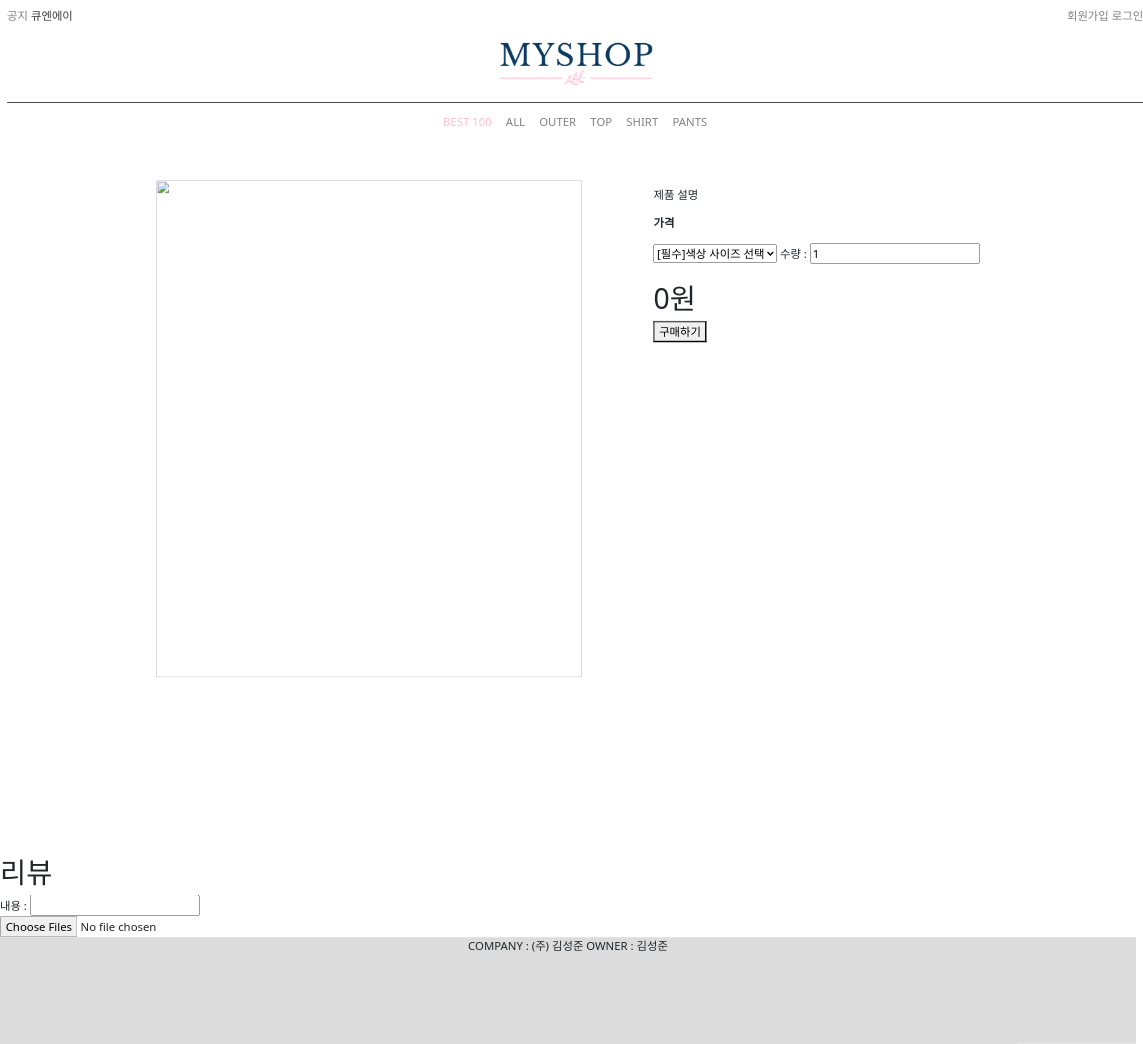
Repository: kkj53051000/MyShop
Page: http://localhost/myshop/WEB-INF/views/product-page.jsp
These files come from the project's save history. The page is drawn as it stood at one moment and after the next save; the edit follows.
The browser window is 1280 px wide. The page is 1610 px wide, so the pictures cover 1610 px, including what lies to the right of the window. The pictures show the whole page, at 71% of full size.
The page is served by Tomcat 9. Nobody is signed in. The template is opened directly, without the code that normally fills it, so the values that code supplies are empty.

Above is the page before, as saved 2021-02-27 06:42:18.

After the next save:
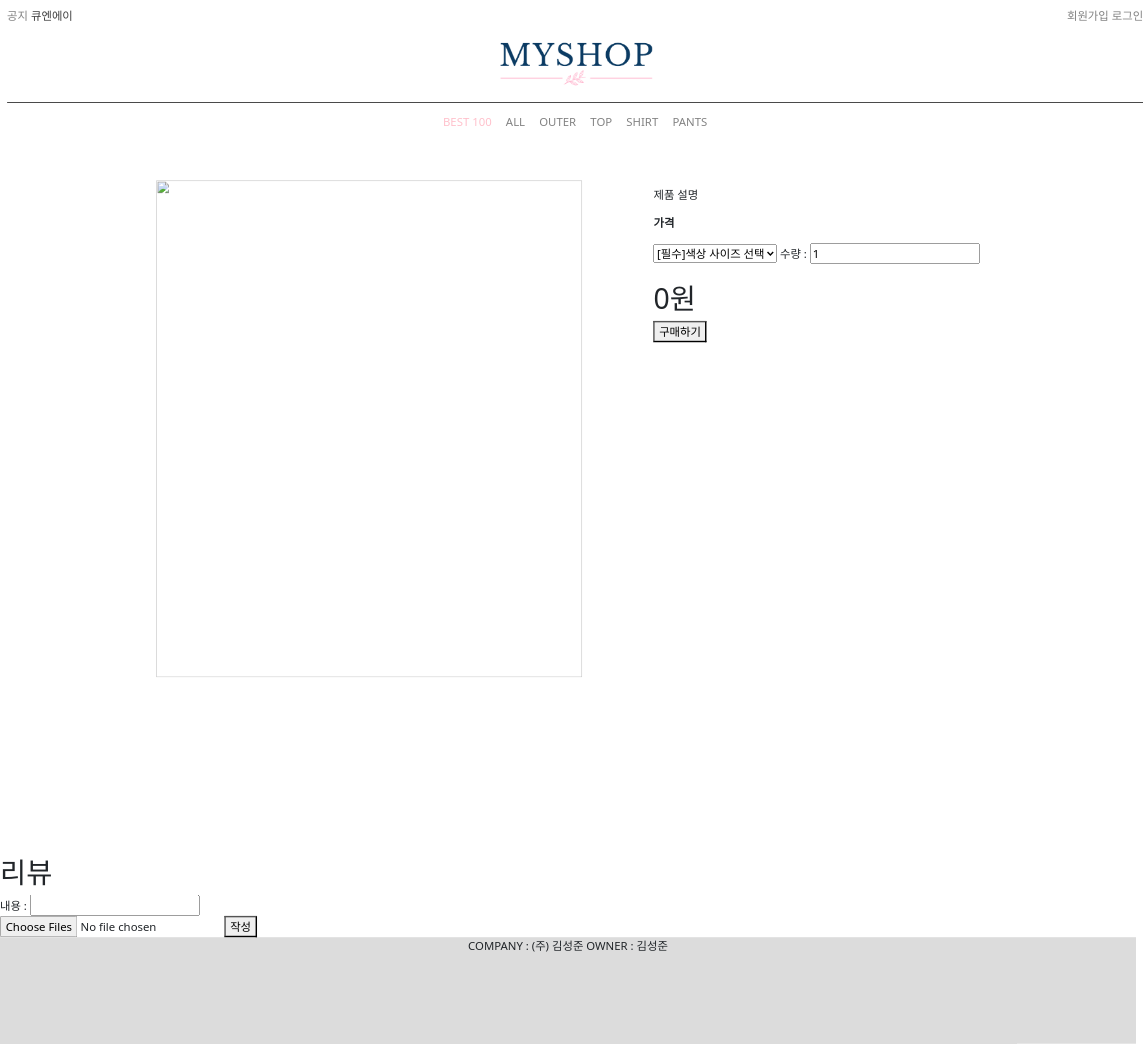
Saved 18 s later.
--- a/myshop/src/main/webapp/WEB-INF/views/review-upload.jsp
+++ b/myshop/src/main/webapp/WEB-INF/views/review-upload.jsp
@@ -15,6 +15,7 @@
 				내용 : <input name="content"/><br/>
 				<input name="img" type="file" multiple="multiple"/>
 				<input name="productid" type="hidden" value="${product.id}"/>
+				<button>작성</button>
 			</form>
 		</div>
 	</div>
